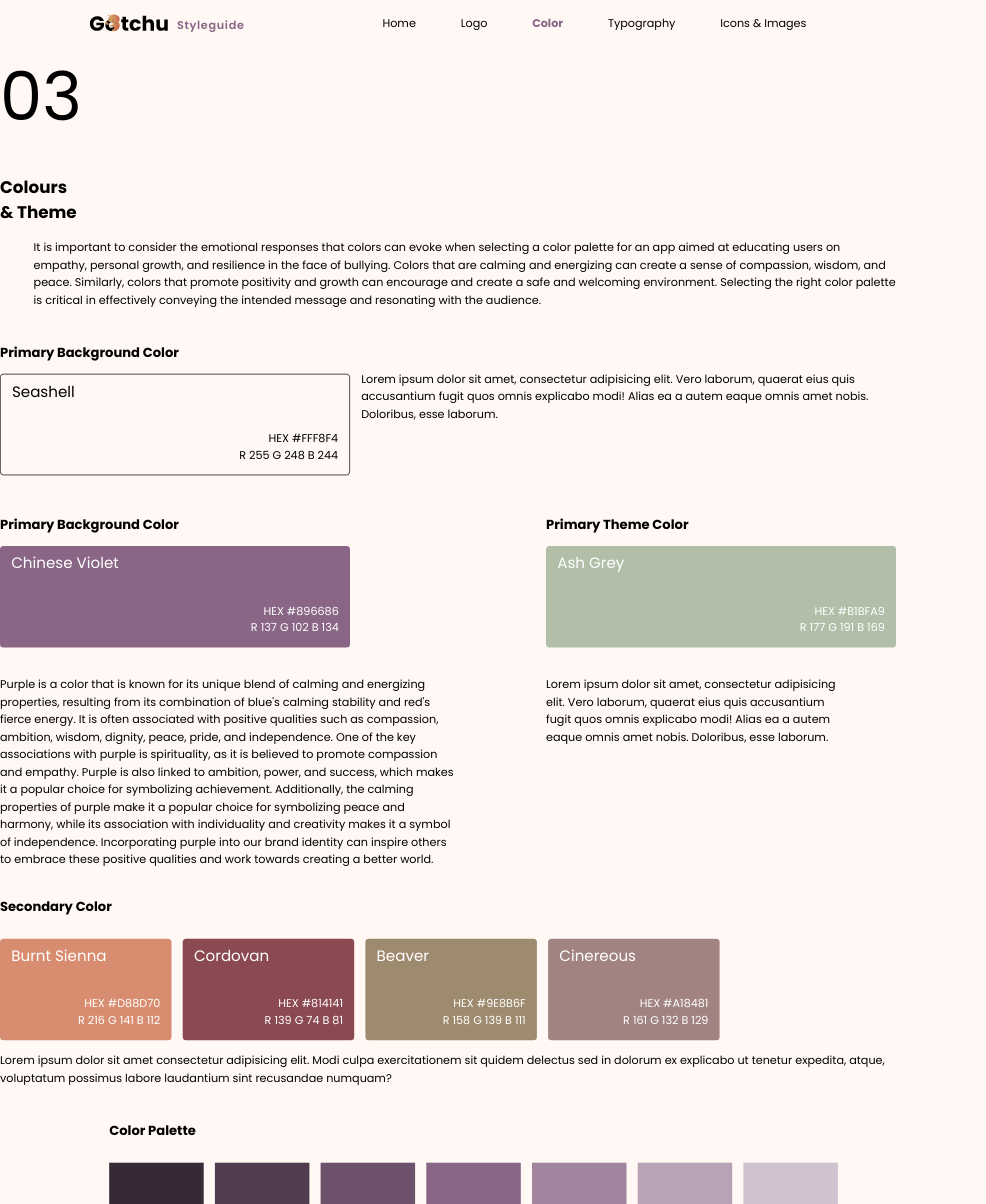
Repository: kionale/Antibullying-Project_Design-Guide
Page: color.html
These files come from the project's save history. The page is drawn as it stood at one moment and after the next save; the edit follows.
The browser window is 1280 px wide. The page is 1280 px wide, then 1408 px, so the pictures cover 1408 px, including what lies to the right of the window. The pictures show the part of the page from y = 0 to 1720 px (the page is 2704 px tall before and 2879 px after), at 70% of full size.

Above is the page before, as saved 2023-03-11 01:22:13.

### color.html
<!DOCTYPE html>
<html lang="en">

<head>
    <meta charset="UTF-8">
    <meta http-equiv="X-UA-Compatible" content="IE=edge">
    <meta name="viewport" content="width=device-width, initial-scale=1.0">
    <title>Color Palette and Typography</title>
    <link rel="stylesheet" href="color.css">
</head>

<body>
    <nav class="navbar">
        <div class="logo_container">
            <img src="/images/logo.svg" class="logo" />
            <div class="app_name">Styleguide</div>
        </div>
        <ul class="nav_links">
            <li><a href="index.html">Home</a></li>
            <li><a href="logo.html">Logo</a></li>
            <li><a href="color.html"><span class="bold">Color</span></a></li>
            <li><a href="typography.html">Typography</a></li>
            <li><a href="icons.html">Icons & Images</a></li>
        </ul>
        <div class="burger">
            <div class="line1"></div>
            <div class="line2"></div>
            <div class="line3"></div>
        </div>
    </nav>
    <main class="body_container">
        <section class="about">
            <div class="section_number">
                <div class="element_number">03</div>
                <h2 class="page_title">Colours <br><span class="highlight">& Theme</h2>
            </div>
            <div class="about_text">
                <p class="section_description">It is important to consider the emotional responses that colors can evoke
                    when selecting a color palette for an app aimed at educating users on empathy, personal growth, and
                    resilience in the face of bullying. Colors that are calming and energizing can create a sense of
                    compassion, wisdom, and peace. Similarly, colors that promote positivity and growth can encourage
                    and create a safe and welcoming environment. Selecting the right color palette is critical in
                    effectively conveying the intended message and resonating with the audience.</p>
            </div>
        </section>

        <div class="colors">
            <div class="row">
                <div class="color_scheme">
                    <h3>Primary Background Color</h3>
                    <div class="color_container color_box1">
                        <div class="color_bgname">Seashell</div>
                        <div class="hex">HEX #FFF8F4</div>
                        <div class="RGB">R 255 G 248 B 244</div>
                    </div>
                </div>
                <div class="color_text">
                    <p>Lorem ipsum dolor sit amet, consectetur adipisicing elit. Vero laborum, quaerat eius quis
                        accusantium fugit
                        quos omnis explicabo modi! Alias ea a autem eaque omnis amet nobis. Doloribus, esse laborum.</p>
                </div>
            </div>
            <div class="row">
                <div class="col">
                    <div class="color_scheme">
                        <h3>Primary Background Color</h3>
                        <div class="color_container color_box2">
                            <div class="color_name">Chinese Violet</div>
                            <div class="hex_w">HEX #896686</div>
                            <div class="RGB_w">R 137 G 102 B 134</div>
                        </div>
                    </div>
                    <div class="color_text primary_half">
                        <p>Purple is a color that is known for its unique blend of calming and energizing properties,
                            resulting from its
                            combination of blue's calming stability and red's fierce energy. It is often associated with
                            positive qualities such as
                            compassion, ambition, wisdom, dignity, peace, pride, and independence. One of the key
                            associations with purple is
                            spirituality, as it is believed to promote compassion and empathy. Purple is also linked to
                            ambition, power, and
                            success, which makes it a popular choice for symbolizing achievement. Additionally, the
                            calming properties of purple
                            make it a popular choice for symbolizing peace and harmony, while its association with
                            individuality and creativity
                            makes it a symbol of independence. Incorporating purple into our brand identity can inspire
                            others to embrace these
                            positive qualities and work towards creating a better world.
                        </p>
                    </div>
                </div>
                <div class="col">
                    <div class="color_scheme">
                        <h3>Primary Theme Color</h3>
                        <div class="color_container color_box3">
                            <div class="color_name">Ash Grey</div>
                            <div class="hex_w">HEX #B1BFA9</div>
                            <div class="RGB_w">R 177 G 191 B 169</div>
                        </div>
                    </div>
                    <div class="color_text primary_half">
                        <p>Lorem ipsum dolor sit amet, consectetur adipisicing elit. Vero laborum, quaerat eius quis
                            accusantium fugit
                            quos omnis explicabo modi! Alias ea a autem eaque omnis amet nobis. Doloribus, esse laborum.
                        </p>
                    </div>
                </div>
            </div>

            <div class="col">
                <h3>Secondary Color</h3>
                <div class="row">
                    <div class="color_scontainer" style="background:rgb(216, 141,112);">
                        <div class="color_name">Burnt Sienna</div>
                        <div class="hex_w">HEX #D88D70</div>
                        <div class="RGB_w">R 216 G 141 B 112</div>
                    </div>
                    <div class="color_scontainer" style="background:rgb(139, 74,81);">
                        <div class="color_name">Cordovan</div>
                        <div class="hex_w">HEX #814141</div>
                        <div class="RGB_w">R 139 G 74 B 81</div>
                    </div>
                    <div class="color_scontainer" style="background:rgb(158, 139,111);">
                        <div class="color_name">Beaver</div>
                        <div class="hex_w">HEX #9E8B6F</div>
                        <div class="RGB_w">R 158 G 139 B 111</div>
                    </div>

                    <div class="color_scontainer" style="background:rgb(161, 132,129);">
                        <div class="color_name">Cinereous</div>
                        <div class="hex_w">HEX #A18481</div>
                        <div class="RGB_w">R 161 G 132 B 129</div>
                    </div>

                </div>
                <p>Lorem ipsum dolor sit amet consectetur adipisicing elit. Modi culpa exercitationem sit quidem
                    delectus sed in dolorum ex explicabo ut tenetur expedita, atque, voluptatum possimus labore
                    laudantium sint recusandae numquam?</p>

            </div>
        </div>

        </div>

        <section class="color_palette">
            <div>
                <h3>Color Palette</h3>
            </div>
            <div class="color_boxes">


                <div class="row">
                    <div class="small-cl-box1" style="background:#372936"></div>
                    <div class="small-cl-box1" style="background:#523D50"></div>
                    <div class="small-cl-box1" style="background:#6E526B"></div>
                    <div class="small-cl-box1" style="background:#896686"></div>
                    <div class="small-cl-box1" style="background:#A1859E"></div>
                    <div class="small-cl-box1" style="background:#B8A3B6"></div>
                    <div class="small-cl-box1" style="background:#D0C2CF"></div>


                </div>
                <div class="row">
                    <div class="small-cl-box1" style="background:#474C44"></div>
                    <div class="small-cl-box1" style="background:#6A7365"></div>
                    <div class="small-cl-box1" style="background:#8E9987"></div>
                    <div class="small-cl-box1" style="background:#B1BFA9"></div>
                    <div class="small-cl-box1" style="background:#C1CCBA"></div>
                    <div class="small-cl-box1" style="background:#D0D9CB"></div>
                    <div class="small-cl-box1" style="background:#E0E5DD"></div>

                </div>
                <div class="row">
                    <div class="small-cl-box1" style="background:#56382D"></div>
                    <div class="small-cl-box1" style="background:#825543"></div>
                    <div class="small-cl-box1" style="background:#825543"></div>
                    <div class="small-cl-box1" style="background:#D88D70"></div>
                    <div class="small-cl-box1" style="background:#E0A48D"></div>
                    <div class="small-cl-box1" style="background:#E8BBA9"></div>
                    <div class="small-cl-box1" style="background:#EFD1C6"></div>
                </div>
                <div class="row">
                    <div class="small-cl-box1" style="background:#381E20"></div>
                    <div class="small-cl-box1" style="background:#532C31"></div>
                    <div class="small-cl-box1" style="background:#6F3B41"></div>
                    <div class="small-cl-box1" style="background:#8B4A51"></div>
                    <div class="small-cl-box1" style="background:#A26E74"></div>
                    <div class="small-cl-box1" style="background:#B99297"></div>
                    <div class="small-cl-box1" style="background:#D1B7B9"></div>
                </div>
                <div class="row">
                    <div class="small-cl-box1" style="background:#3F382C"></div>
                    <div class="small-cl-box1" style="background:#5F5343"></div>
                    <div class="small-cl-box1" style="background:#7E6F59"></div>
                    <div class="small-cl-box1" style="background:#9E8B6F"></div>
                    <div class="small-cl-box1" style="background:#B1A28C"></div>
                    <div class="small-cl-box1" style="background:#C5B9A9"></div>
                    <div class="small-cl-box1" style="background:#D8D1C5"></div>
                </div>
                <div class="row">
                    <div class="small-cl-box1" style="background:#403534"></div>
                    <div class="small-cl-box1" style="background:#614F4D"></div>
                    <div class="small-cl-box1" style="background:#816A67"></div>
                    <div class="small-cl-box1" style="background:#A18481"></div>
                    <div class="small-cl-box1" style="background:#B1A28C"></div>
                    <div class="small-cl-box1" style="background:#C7B5B3"></div>
                    <div class="small-cl-box1" style="background:#D9CECD"></div>
                </div>
            </div>
        </section>


    </main>
</body>
<footer>
    <p class="footer"> Gotchu </p>
</footer>

</html>

### color.css
@import url('https://fonts.googleapis.com/css2?family=Lato:ital,wght@0,100;0,300;0,400;0,700;0,900;1,300&family=Poppins:ital,wght@0,100;0,200;0,300;0,400;0,500;0,600;0,700;1,500&display=swap');

:root {
    --primary-clr: #896686;
    --primary-clr-2: #B1BFA9;
    --font-color: black;
    --background-clr: #FFF8F4;
    --secondary-clr-1: #D88D70;
    --secondary-clr-2: #8B4A51;

}

* {
    margin: 0px;
    padding: 0px;
    box-sizing: border-box;
    /* border: 1px black solid; */
}

body {

    /* font-family: 'lato',sans-serif; */
    font-family: 'Poppins', sans-serif;
    background-color: var(--background-clr);

}

/* NavBar (Formatted) */

.navbar {
    /* background-color: var(--secondary-clr); */
    display: flex;
    justify-content: space-between;
    align-items: center;
    min-height: 9vh;
    color: var(--font-color);
    /* position: sticky; */
    top: 0;
    padding: 0 8rem;
}

.logo_container {
    display: flex;
    flex-direction: row;
    align-items: center;
    gap: 0.8rem;
}

.logo {
    width: 7rem;
    object-fit: contain;
}


.logo:hover {
    transform: scale(1.05);
}

.app_name {
    letter-spacing: 1px;
    font-size: 1rem;
    font-weight: 600;
    color: #896686;
    margin-top: 0.5rem;
}

.app_name:hover {
    color: var(--secondary-clr);
}

.bold {
    font-weight: bold;
    color: var(--primary-clr);
}

.nav_links {
    display: flex;
    flex-direction: row;
    justify-content: flex-end;
    gap: 4rem;
    width: 40vw;
    flex-grow: 1;
}

.nav_links li {
    list-style: none;
}

.nav_links a {
    color: inherit;
    text-decoration: none;
    font-weight: 400;
}

.nav_links li:hover {
    transform: translateX(-5%);
}

.burger {
    display: none;
    cursor: pointer;
}

.burger div {
    width: 1.5rem;
    height: 0.15rem;
    background-color: black;
    margin: 0.35rem;

}

/* NavBar (End) */


.section_description {
    width: 100%;
    padding-left: 3rem;
    padding-top: 1.35rem;
}

.element_number {
    font-size: 6rem;
}

.page_title {
    margin-top: 2.5rem;
    white-space: nowrap;
}

.colors {
    display: flex;
    flex-direction: column;
    /* justify-content: center; */
    margin-top: 2rem;
    gap: 1.5rem;
}

.color_box1 {
    background-color: var(--background-clr);
    border: 1px solid black;

}

.color_box2 {
    background-color: var(--primary-clr);
}

.color_box3 {
    background-color: var(--primary-clr-2);
}

.primary_half {
    width: 85%;
}

.color_scheme h3 {
    align-items: flex-start;
}

.color_container {
    width: 500px;
    height: 145px;

    margin-top: 1rem;
    border-radius: 5px;
    position: relative;
}

.color_scontainer {
    width: 245px;
    height: 145px;

    margin-top: 1rem;
    border-radius: 5px;
    position: relative;
}

.color_bgname {
    position: absolute;
    top: 0.5rem;
    left: 1rem;
    font-size: 1.35rem;
    color: black;

}

.color_name {
    position: absolute;
    top: 0.5rem;
    left: 1rem;
    font-size: 1.35rem;
    color: white;
}


.hex {
    position: absolute;
    bottom: 2.5rem;
    right: 1rem;
}

.hex_w {
    color: white;
    position: absolute;
    bottom: 2.5rem;
    right: 1rem;
}

.RGB {
    position: absolute;
    bottom: 1rem;
    right: 1rem;
}

.RGB_w {
    color: white;
    position: absolute;
    bottom: 1rem;
    right: 1rem;
}

.underline {
    text-decoration: underline;

}

.color_text {
    padding-top: 2.5rem;
}

.color_palette {
    display: flex;
    flex-direction: column;
    gap: 1rem;
    margin-top: 3rem;
    width: 100vw;
    padding-left: 9.75rem;

}


.row {
    display: flex;
    gap: 1rem;
    margin-top: 1rem;
    margin-bottom: 1rem;

}

.color_boxes {
    display: flex;
    flex-direction: column;
}

.small-cl-box1 {
    width: 135px;
    aspect-ratio: 1/1;


}

.small-cl-box2 {
    width: 4rem;
    aspect-ratio: 1/1;
    background-color: lightpink;

}

.small-cl-box3 {
    width: 4rem;
    aspect-ratio: 1/1;
    background-color: plum;

}

.dividing_line {
    width: 30%;
    height: 4px;
    background-color: black;
}

.col {
    display: flex;
    flex-direction: column;
}

.footer {
    margin-top: 2rem;
    text-align: center;
}

After the next save:
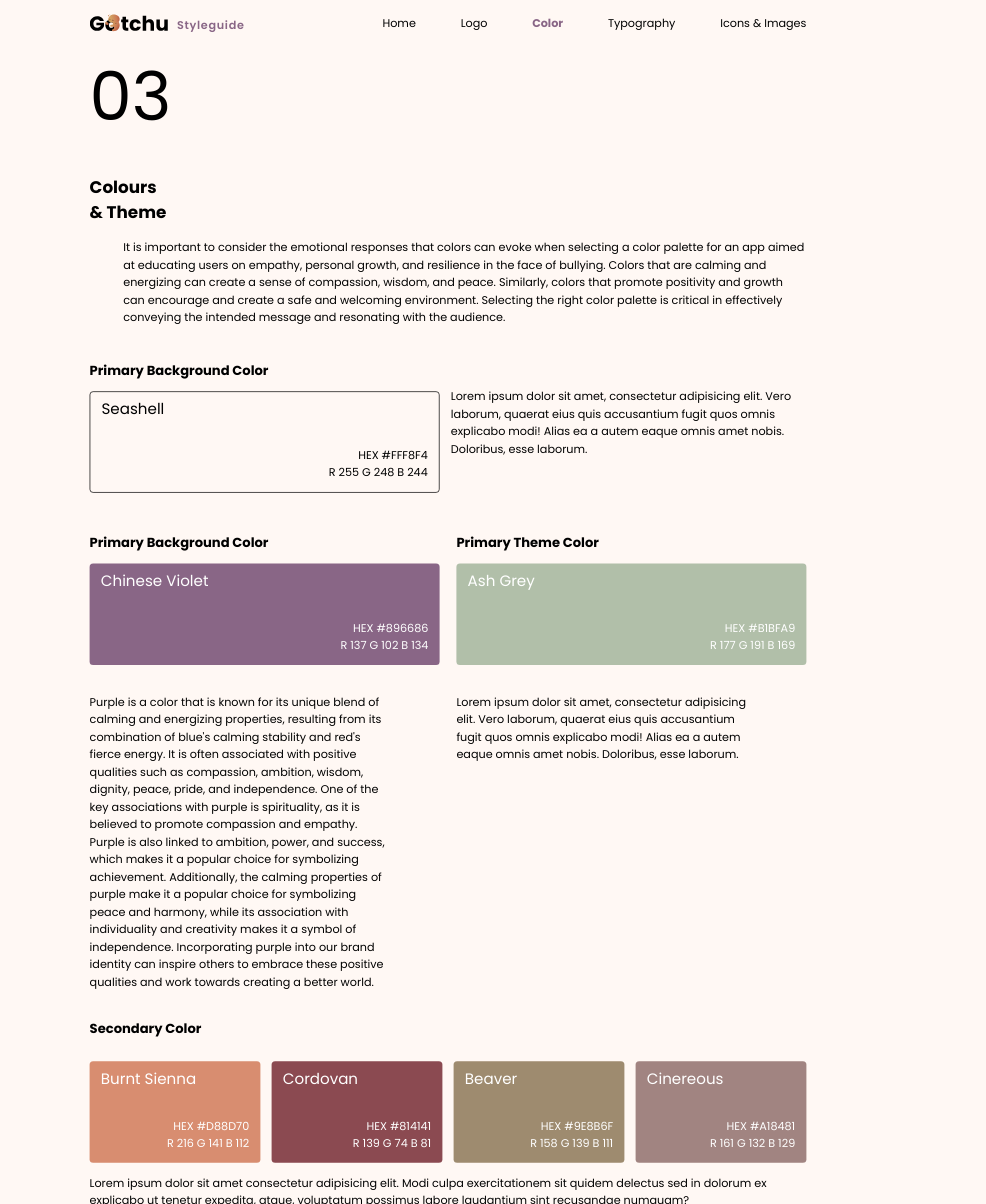
Saved 18 s later.
--- a/color.css
+++ b/color.css
@@ -111,6 +111,15 @@ body {
 
 /* NavBar (End) */
 
+/* Main Container (Formatted) */
+
+.body_container {
+    display: flex;
+    flex-direction: column;
+    padding: 0rem 8rem;
+}
+
+/* Main Container (End) */
 
 .section_description {
     width: 100%;
